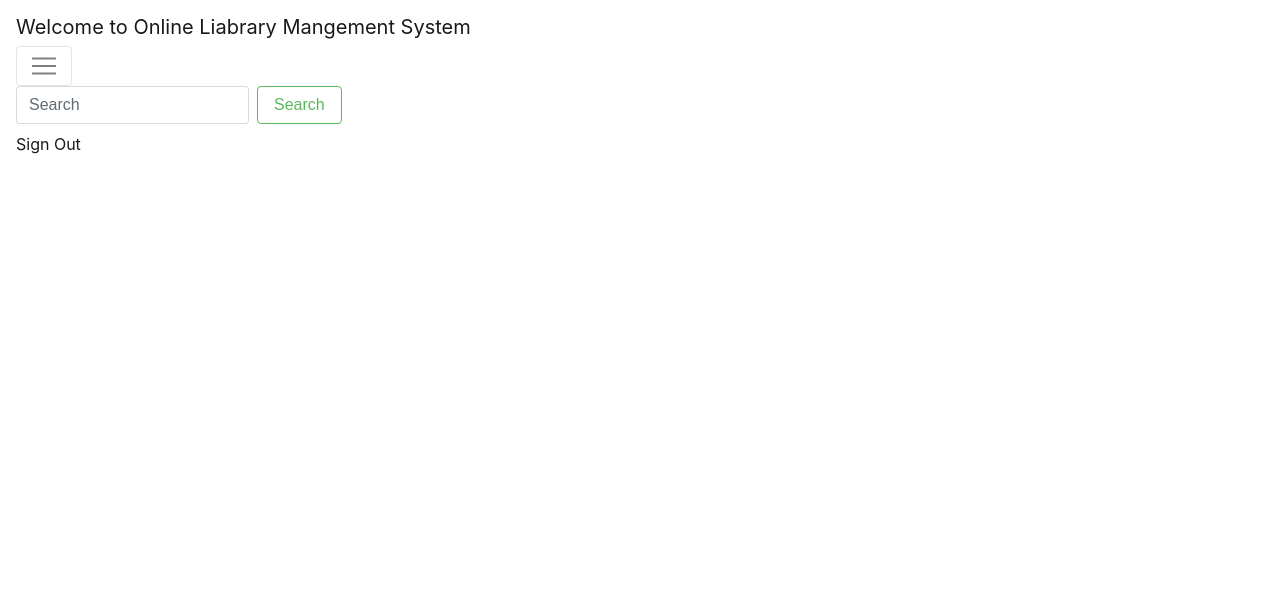
Repository: hakuna16/jdbcWorkingExampleUsingHTML
Page: ProjectForTest/WebContent/addBook.html
These files come from the project's save history. The page is drawn as it stood at one moment and after the next save; the edit follows.
The browser window is 1280 px wide. The pictures show the whole page.
Some web libraries are served in a nearby version.

Above is the page before, as saved 2018-01-25 19:00:38.
Console error (its wording comes from the project's code and is left out).

After the next save:
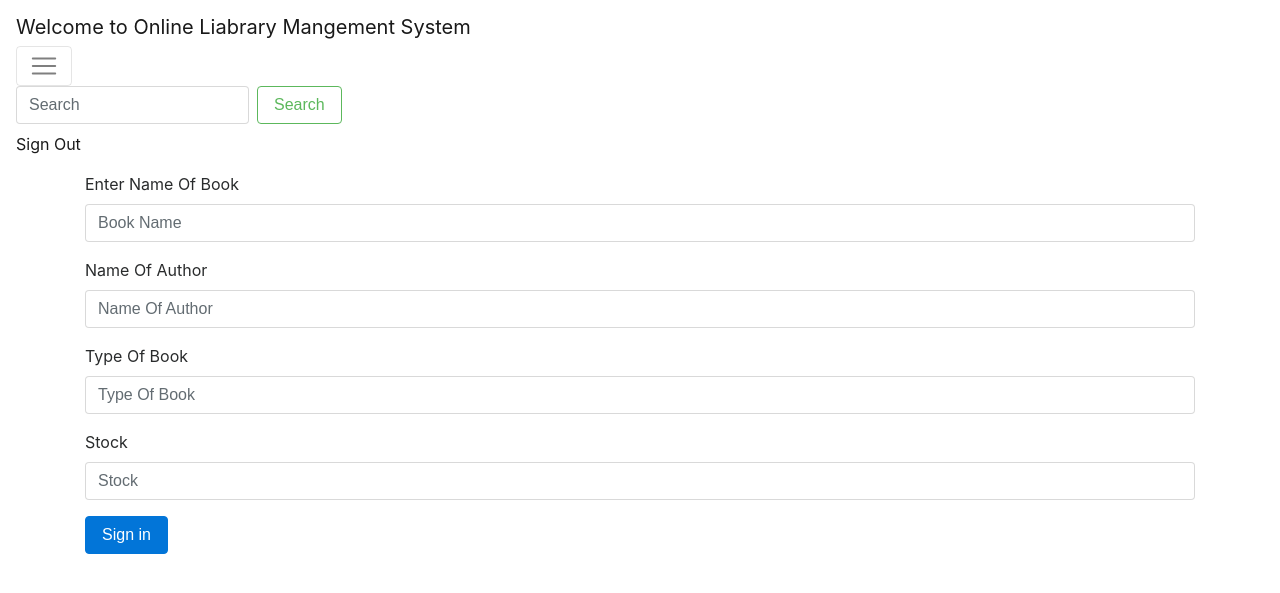
Saved 19 min 45 s later.
--- a/ProjectForTest/WebContent/addBook.html
+++ b/ProjectForTest/WebContent/addBook.html
@@ -58,5 +58,31 @@
 			</ul>
 		</nav>
 	</header>
+
+	<div class="container">
+		<form>
+			<div class="form-group">
+				<label for="formGroupExampleInput">Enter Name Of Book</label> <input
+					type="text" class="form-control" id="formGroupExampleInput"
+					placeholder="Book Name">
+			</div>
+			<div class="form-group">
+				<label for="formGroupExampleInput2">Name Of Author</label> <input
+					type="text" class="form-control" id="formGroupExampleInput2"
+					placeholder="Name Of Author">
+			</div>
+			<div class="form-group">
+				<label for="formGroupExampleInput2">Type Of Book</label> <input
+					type="text" class="form-control" id="formGroupExampleInput2"
+					placeholder="Type Of Book">
+			</div>
+			<div class="form-group">
+				<label for="formGroupExampleInput2">Stock</label> <input type="text"
+					class="form-control" id="formGroupExampleInput2"
+					placeholder="Stock">
+			</div>
+			<button type="button" class="btn btn-primary">Sign in</button>
+		</form>
+	</div>
 </body>
 </html>
